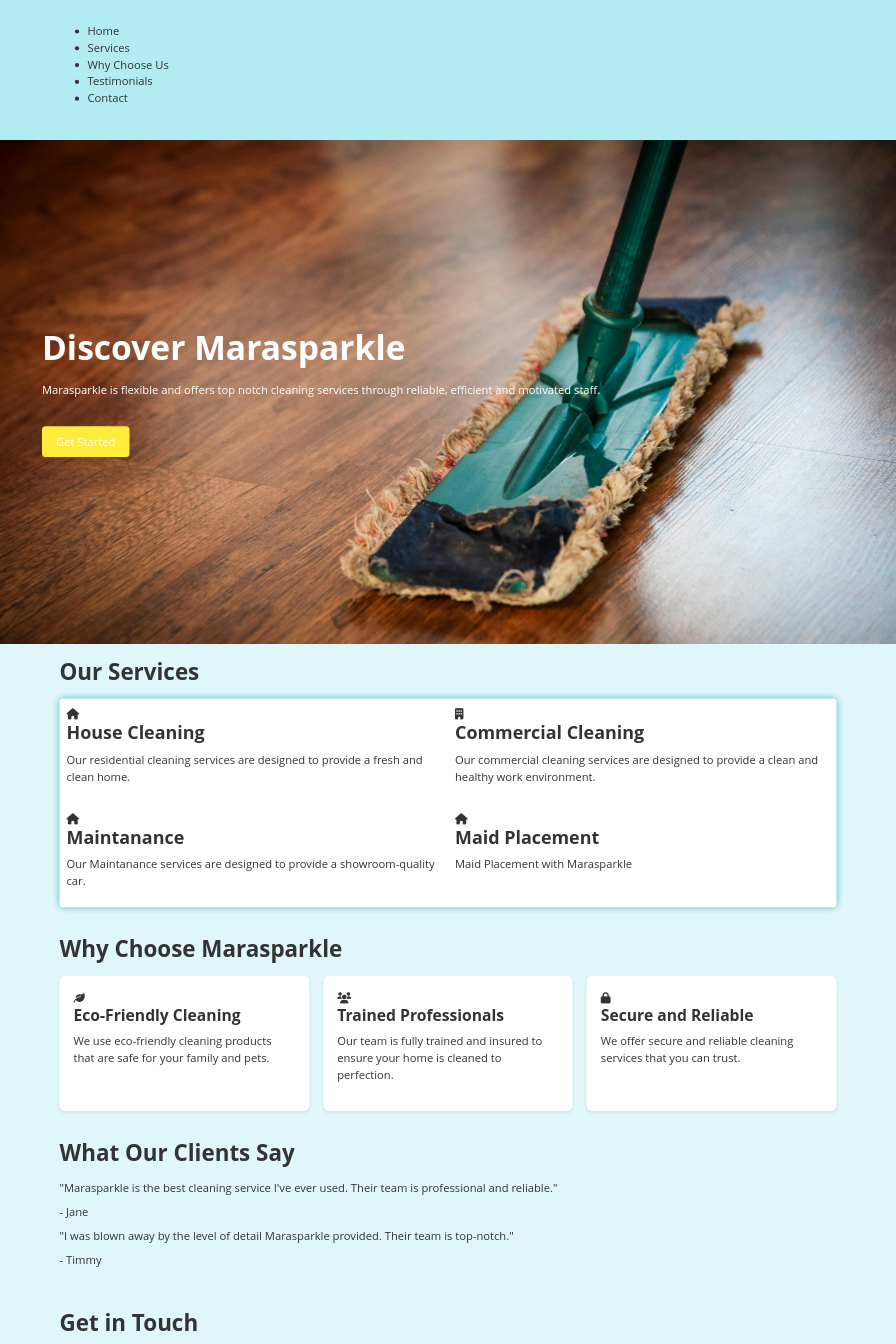
Repository: guineveretim/sparkle
Page: templates/application/bookin.html
An editor plug-in stored every save of this project. The page is shown before and after the next save, followed by the edit.
The browser window is 1280 px wide. The pictures show the part of the page from y = 0 to 1920 px (the page is 2799 px tall before and 2895 px after), at 70% of full size.
The page is served by the project's application, run on Django 5.2 (manage.py). The template is opened directly, without the code that normally fills it, so the values that code supplies are empty.

Above is the page before, as saved 2025-03-26 14:46:06.
Console error: TypeError: $(...).slick is not a function

After the next save:
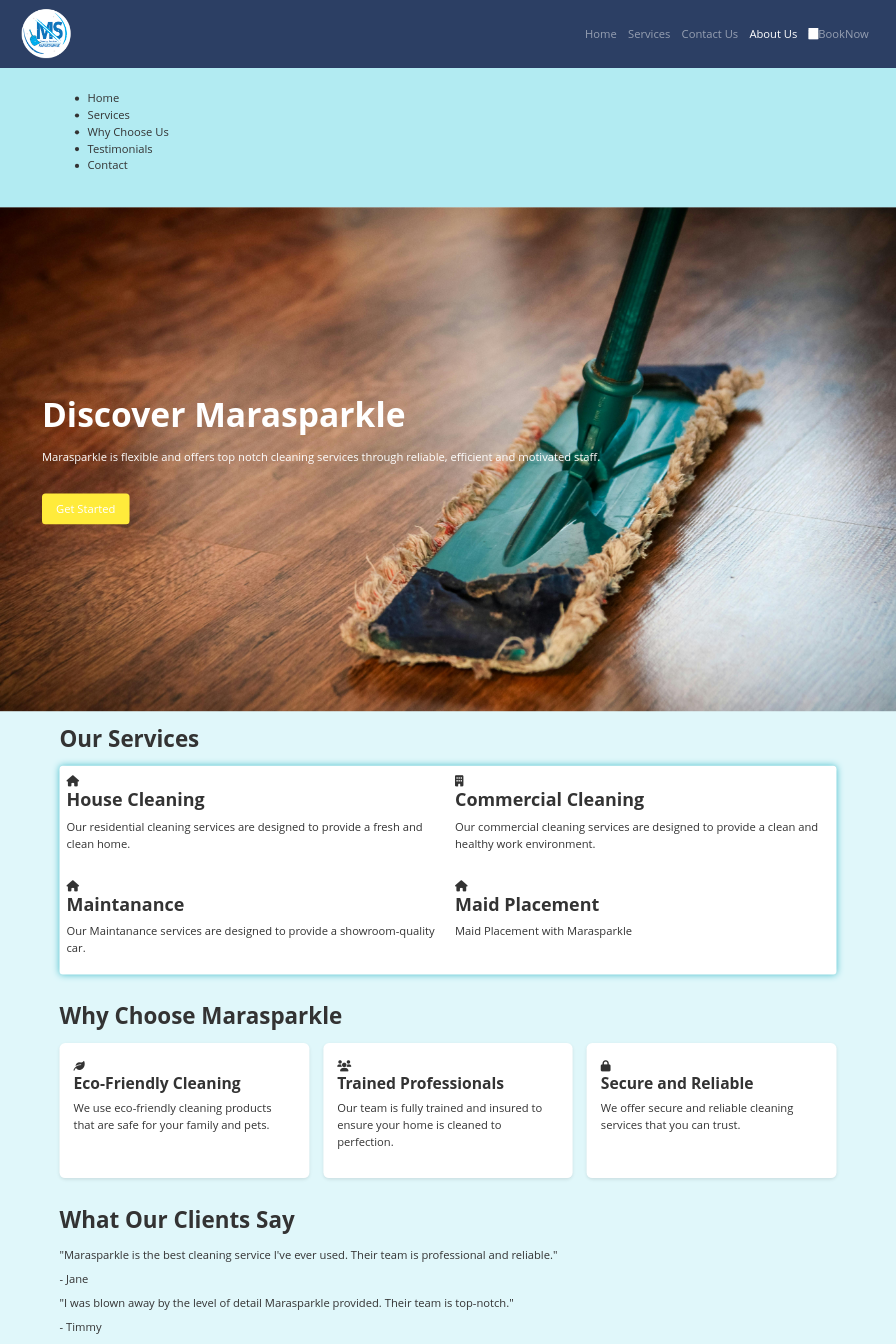
Saved 114 s later.
--- a/templates/application/bookin.html
+++ b/templates/application/bookin.html
@@ -69,6 +69,56 @@
     </style>
 </head>
 <body>
+
+        <!-- ***** Preloader Start ***** -->
+        <div id="js-preloader" class="js-preloader">
+            <div class="preloader-inner">
+                <span class="dot"></span>
+                <div class="dots">
+                    <span></span>
+                    <span></span>
+                    <span></span>
+                </div>
+            </div>
+        </div>
+        <!-- ***** Preloader End ***** -->
+
+
+
+        <!-- ***** Header Area Start ***** -->
+            <nav class="navbar navbar-expand-lg navbar-dark sticky-top" style="background-color: #2c3f64;">
+                <div class="container-fluid">
+                <a class="navbar-brand" href="{% url 'home' %}">
+                    <img src="{% static 'icons/Maralog.png' %}" style="width:70px;">
+                </a>
+                <button class="navbar-toggler" type="button" data-toggle="collapse" data-target="#navbarNav" aria-controls="navbarNav" aria-expanded="false" aria-label="Toggle navigation">
+                    <span class="navbar-toggler-icon"></span>
+                </button>
+
+                <div class="collapse navbar-collapse" id="navbarNav">
+                    <ul  class="navbar-nav ml-auto">
+                        <li class="nav-item">
+                            <a class="nav-link" href="{% url 'home' %}">Home <span class="sr-only">(current)</span></a>
+                        </li>
+                        <li class="nav-item">
+                            <a class="nav-link" href="{% url 'services_details' %}">Services</a>
+                        </li>
+
+                        <li class="nav-item">
+                            <a class="nav-link" href="{% url 'contact' %}">Contact Us</a>
+                        </li>
+                        <li class="nav-item active">
+                            <a class="nav-link" href="{% url 'about' %}">About Us</a>
+                        </li>
+                        <li class="nav-item">
+                            <a class="nav-link" href="{% url 'login' %}"><i class="fas fa-calendar" style="background-color: rgb(255, 255, 255);"></i>BookNow</a>
+                        </li>
+                    </ul>
+                </div>
+            </div>
+            </nav>
+
+        <!-- ***** Header Area End ***** -->
 
     <header class="header">
         <div class="container">
